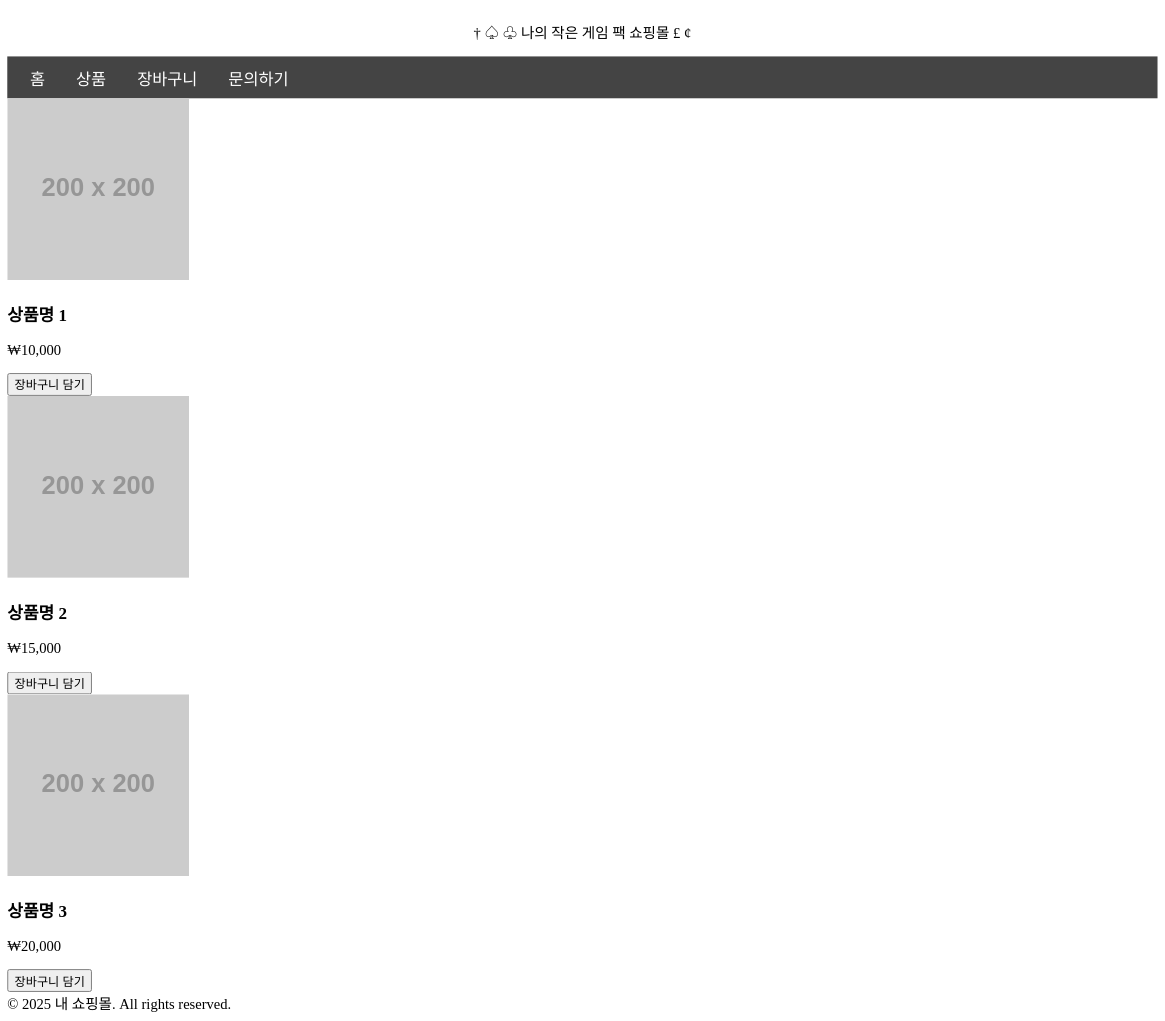
Repository: SeungYeon04/A_AssetsJSP
Page: http://localhost/JSP_Start01/
These files come from the project's save history. The page is drawn as it stood at one moment and after the next save; the edit follows.
The browser window is 1280 px wide. The pictures show the whole page, at 91% of full size.
Some web fonts or font styles are not loaded; a fallback is used. The page is served by Tomcat 9.

Above is the page before, as saved 2025-03-11 05:26:17.

After the next save:
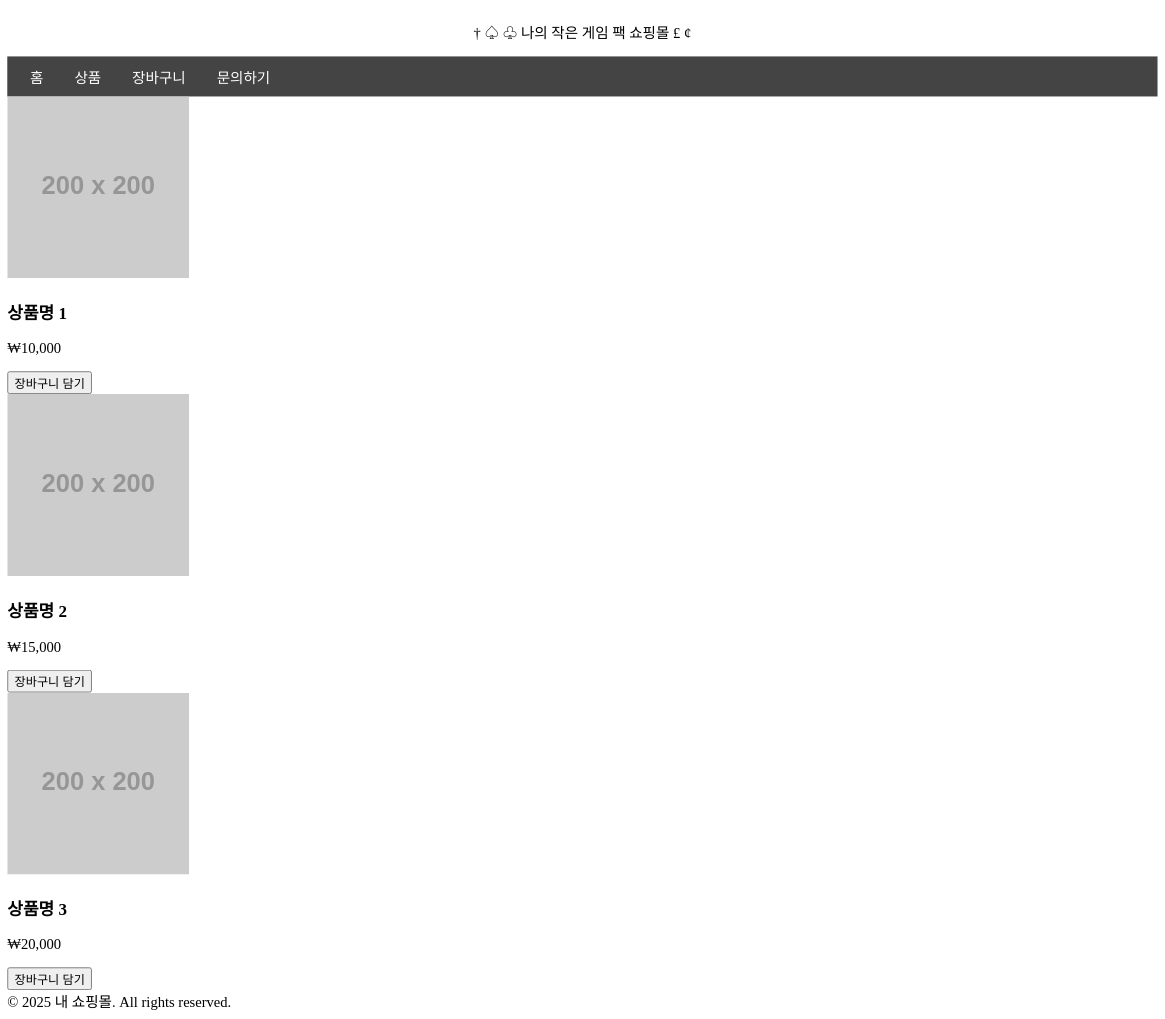
Saved 14 s later.
--- a/JSP_Start01/src/main/webapp/index.jsp
+++ b/JSP_Start01/src/main/webapp/index.jsp
@@ -69,7 +69,7 @@
 				color: white;
             	text-decoration: none;
             	margin: 0 15px;
-            	font-size: 18px;
+            	/*font-size: 18px;*/
 			 }
 		}
 
